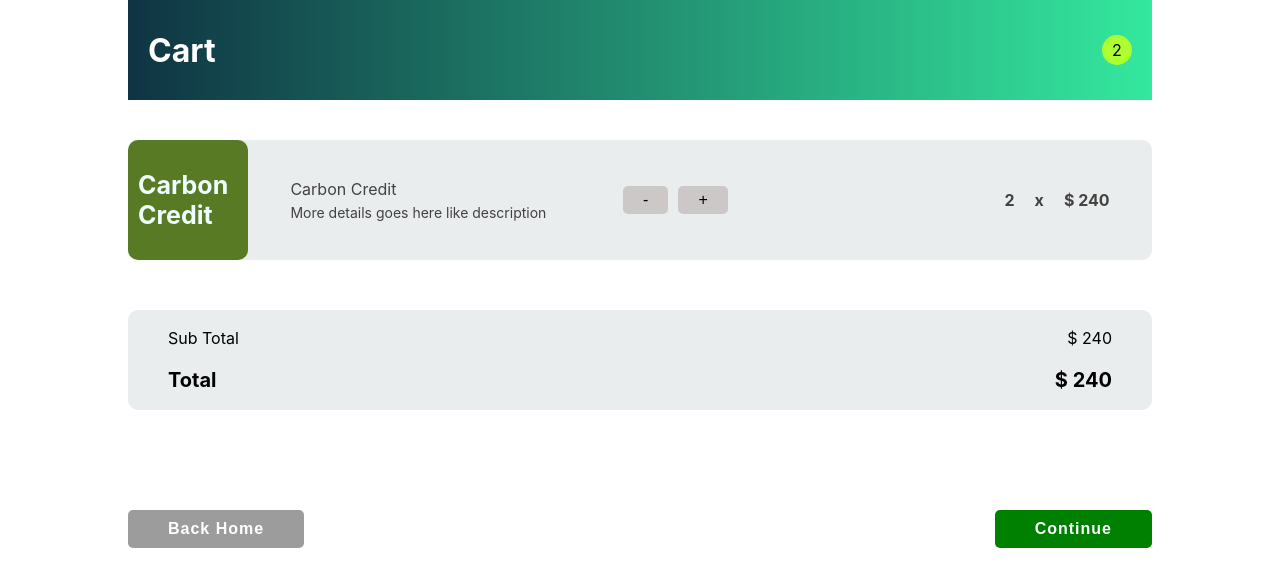
Repository: Yowani24/CarbonApp
Page: /cart
These files come from the project's save history. The page is drawn as it stood at one moment and after the next save; the edit follows.
The browser window is 1280 px wide. The pictures show the whole page.
The project was rebuilt for these pictures with package versions that can differ from the ones it lists, and the page was loaded fresh each time. The framework's server and built-in components were replaced by stand-ins that run in the browser. Also part of the build but not shown: next.config.js.

Above is the page before, as saved 2021-09-27 01:11:08.

### pages/_app.js
import '../styles/globals.css'
import Cart from './cart';

function MyApp({ Component, pageProps }) {
  return (
    <>
      <Component {...pageProps} />
    </>
  );
}

export default MyApp

### pages/cart/index.js
import React from 'react';
import Head from 'next/head'

import styles from './Cart.module.css'
import Link from 'next/link'

export default function Cart(props) {
    return (
        <>
          <Head>
              <title>Cart</title>
          </Head>
          <header>
              <div className={styles.interface}>
                    <div className={styles.header_content}>
                        <h1>Cart</h1>
                        <p>2</p>
                    </div>
              </div>
          </header>

          <section>
              <div className={styles.interface}>
                  <div className={styles.boxes}>
                      <div className={styles.content_box}>
                          <div className={styles.box}>
                              <h3>Carbon Credit</h3>
                          </div>

                          <div className={styles.product_details}>
                            <div className={styles.description}>
                                <p>Carbon Credit</p>
                                <p>More details goes here like description</p>
                            </div>

                            <div className={styles.details_wrapper}>
                                <div className={styles.quantity_controls}>
                                    <button>-</button>
                                    <button>+</button>
                                </div>

                                <div className={styles.current_money}>
                                    <p>2</p>
                                    <span>x</span>
                                    <p>$ 240</p>
                                </div>
                            </div>
                          </div>
                      </div>
                  </div>

                  <div className={styles.total_to_pay_box}>
                      <span>
                          <p>Sub Total</p>
                          <p>$ 240</p>
                      </span>
                      <span>
                          <p>Total</p>
                          <p>$ 240</p>
                      </span>
                  </div>

                  <div className={styles.button_box}>
                      <Link href="/"><button>Back Home</button></Link>
                      <Link href="/payment"><button>Continue</button></Link>
                  </div>
              </div>
          </section>
        </>
    )
}

### styles/globals.css
html,
body {
  padding: 0;
  margin: 0;
  font-family: -apple-system, BlinkMacSystemFont, Segoe UI, Roboto, Oxygen,
    Ubuntu, Cantarell, Fira Sans, Droid Sans, Helvetica Neue, sans-serif;
}

a {
  color: inherit;
  text-decoration: none;
}

* {
  margin: 0;
  box-sizing: border-box;
}

### pages/cart/Cart.module.css
.interface{
    width: 80%;
    margin: 0 auto;
}

@media (max-width: 780px){
    .interface{
        width: 100%;
    }
}

/* =================HEADER================ */

.header_content{
    display: flex;
    justify-content: space-between;
    align-items: center;
    height: 100px;
    padding: 0 20px;

    background: #34e89e;
    background: -webkit-linear-gradient(to right, #0f3443, #34e89e);
    background: linear-gradient(to right, #0f3443, #34e89e);
}
.header_content h1{
    color: #FFFFFF;
}
.header_content p{
    background: greenyellow;
    display: flex;
    justify-content: center;
    align-items:center;
    width: 30px;
    height: 30px;
    border-radius: 100%;
}

@media (max-width:415px){
    .header_content{
        height: 80px;
    }
}

/* ============================== */
.boxes{
    margin-top: 40px;
}
.content_box{
    width: 100%;
    height: 120px;
    background:rgb(233, 237, 238);
    border-radius: 10px;

    display: flex;
    align-items:center;
}
.box{
    width: 120px;
    background: rgb(88, 122, 37);
    height: 100%;
    border-radius: 10px;

    display: flex;
    justify-content: center;
    align-items: center;
}
.box h3{
    font-size: 25px;
    width: 100px;
    color: azure;
}
.product_details{
    display: flex;
    justify-content: space-between;
    align-items: center;
    width: 80%;
    margin: 0 auto;
    color: hsl(0, 2%, 26%);
}
.description p:nth-child(2){
    margin-top: 5px;
    font-size: 14px;
}
.details_wrapper{
    width: 60%;

    display: flex;
    align-items: center;
    justify-content: space-between;
}
.quantity_controls button{
    border: none;
    padding: 5px 20px;
    margin: 0 5px;
    border-radius: 5px;
    font-size: 16px;
    background: rgb(204, 200, 200);
    cursor: pointer;
}
.quantity_controls button:active{
    background: rgb(148, 146, 146);
}
.current_money{
    display: flex;
    font-size: 16px;
    font-weight: bold;
}
.current_money span{
    padding: 0 20px;
}

@media (max-width: 780px){
    .content_box{
        height: 120px;
        width: 90%;
        margin: 0 auto;
    }
    .details_wrapper{
        width: 50%;
        margin: 0 auto;
        margin-top: 10px;
    }
}
@media (max-width: 415px){
    .content_box{
        height: 80px;
    }
    .box{
        width: 80px;
    }
    .box h3{
        font-size: 16px;
        width: 60px;
        color: azure;
    }

    .product_details{
        justify-content: center;
        flex-direction: column;
        width: 60%;
    }
    .description{
        width: 100%;
    }
    .description p:first-child{
        font-size: 14px;
    }
    .description p:nth-child(2){
        margin-top: 2px;
        font-size: 9px;
    }
    .details_wrapper{
        width: 100%;
        margin-top: 10px;
    }
    .quantity_controls button{
        padding: 5px 10px;
    }
    .current_money span{
        padding: 0 5px;
    }
}


/* ==================================== */

.total_to_pay_box{
    width: 100%;
    height: 100px;
    background:rgb(233, 237, 238);
    border-radius: 10px;

    display: flex;
    flex-direction: column;
    justify-content: center;
    margin-top: 50px;
    padding: 0 40px;
}

.total_to_pay_box span{
    display: flex;
    justify-content: space-between;
    margin: 10px 0;
}
.total_to_pay_box span:nth-child(2){
    font-weight: bold;
    font-size: 20px;
}

@media (max-width: 780px){
    .total_to_pay_box{
        height: 100px;
        width: 90%;
        margin: 0 auto;
        margin-top: 50px;
    }
}

@media (max-width: 460px){
    .total_to_pay_box{
        height: 80px;
    }
    .total_to_pay_box span{
        margin: 5px 0;
    }
    .total_to_pay_box span:first-child{
        font-size: 14px;
    }
    .total_to_pay_box span:nth-child(2){
        font-size: 16px;
    }
}



/* ===================================== */


.button_box{
    display: flex;
    justify-content: space-between;
    margin-top: 100px;
}
.button_box button:first-child{
    background: rgb(156, 156, 156);
}
.button_box button:first-child:hover{
    background: rgb(122, 120, 120);
}
.button_box button:first-child:active{
    background: rgb(187, 184, 184);
}
.button_box button{
    border: none;
    background: green;
    padding: 10px 40px;
    font-size: 16px;
    color: #FFFFFF;
    letter-spacing: 1px;
    border-radius: 5px;
    cursor: pointer;
    transition: .1s;
    font-weight: bold;
}
.button_box button:nth-child(2):hover{
    background: rgb(1, 92, 1);
}
.button_box button:nth-child(2):active{
    background: rgb(13, 131, 13);
}

@media (max-width: 780px){
    .button_box{
        width: 90%;
        margin: 0 auto;
        margin-top: 40px;
    }
    .button_box button{
        padding: 16px 50px;
        font-size: 16px;
    }
}

@media (max-width: 460px){
    .button_box button{
        padding: 10px 25px;
        font-size: 14px;
    }
}

After the next save:
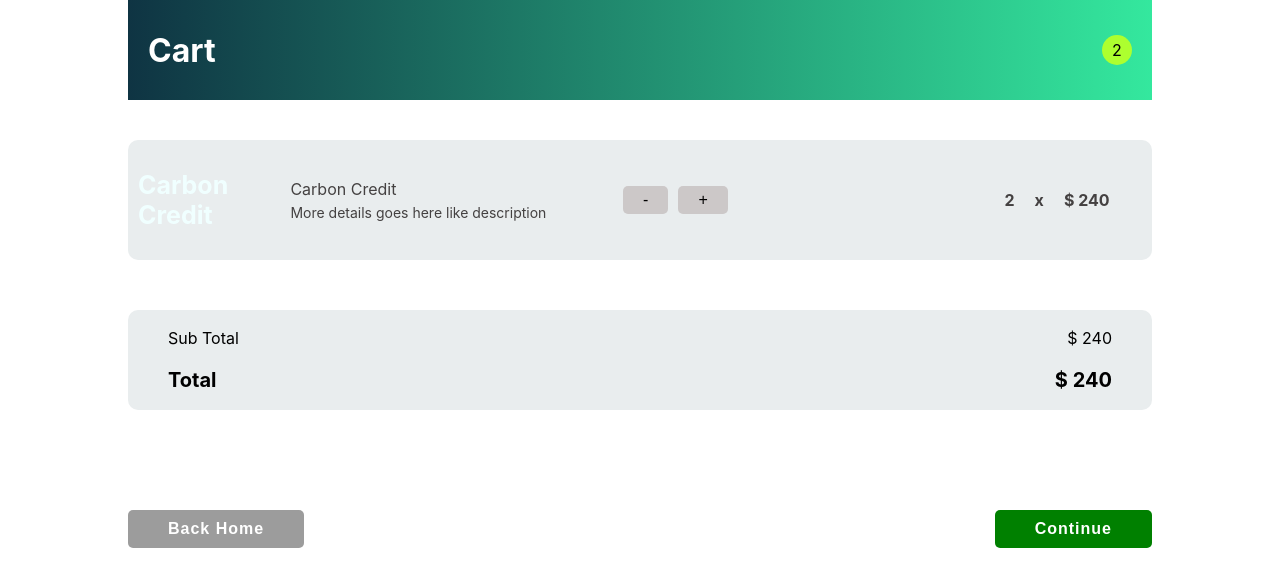
Saved 107 s later.
--- a/pages/cart/Cart.module.css
+++ b/pages/cart/Cart.module.css
@@ -56,7 +56,6 @@
 }
 .box{
     width: 120px;
-    background: rgb(88, 122, 37);
     height: 100%;
     border-radius: 10px;
 
